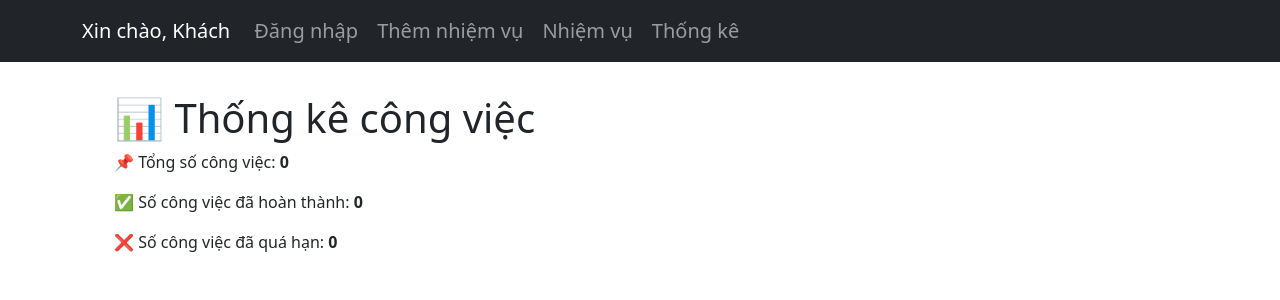
Repository: Lemon-ooo/PersonalTaskManager
Page: /tasks/statistics
An editor plug-in stored every save of this project. The page is shown before and after the next save, followed by the edit.
The browser window is 1280 px wide. The pictures show the whole page.
The project was rebuilt for these pictures with package versions that can differ from the ones it lists, and the page was loaded fresh each time. Also part of the build but not shown: vite.config.ts, src/page/TaskList.tsx, src/components/AuthForm.tsx, src/page/Login.tsx, src/components/TaskForm.tsx, src/page/TaskAdd.tsx, src/page/TaskEdit.tsx.

Above is the page before, as saved 2025-07-27 03:49:03.

### index.html
<!DOCTYPE html>
<html lang="en">
  <head>
    <meta charset="UTF-8" />
    <link rel="icon" type="image/svg+xml" href="/vite.svg" />
    <meta name="viewport" content="width=device-width, initial-scale=1.0" />
    <title>WEB209 REACT - HOADV</title>
    <link
      href="https://cdn.jsdelivr.net/npm/bootstrap@5.0.2/dist/css/bootstrap.min.css"
      rel="stylesheet"
      integrity="sha384-EVSTQN3/azprG1Anm3QDgpJLIm9Nao0Yz1ztcQTwFspd3yD65VohhpuuCOmLASjC"
      crossorigin="anonymous"
    />
  </head>
  <body>
    <div id="root"></div>
    <script type="module" src="/src/main.tsx"></script>
  </body>
</html>

### src/App.tsx
import { Toaster } from "react-hot-toast";
import { Link, useRoutes } from "react-router-dom";
import TaskList from "./page/TaskList";
import Login from "./page/Login";
import TaskAdd from "./page/TaskAdd";
import TaskEdit from "./page/TaskEdit";
import TaskStatistics from "./page/TaskStatistics";

function App() {
  const routes = useRoutes([
    { path: "/", element: <TaskList /> },
    { path: "login", element: <Login /> },
    { path: "tasks/list", element: <TaskList /> },
    { path: "tasks/add", element: <TaskAdd /> },
    { path: "tasks/edit/:id", element: <TaskEdit /> },
    { path: "tasks/statistics", element: <TaskStatistics /> },
  ]);
  return (
    <>
      <nav className="navbar navbar-dark bg-dark navbar-expand-lg">
        <div className="container">
          <span className="navbar-brand">
            {(() => {
              const stored = localStorage.getItem("user");
              const user = stored ? JSON.parse(stored) : null;
              return `Xin chào, ${user?.username || "Khách"}`;
            })()}
          </span>

          <div className="collapse navbar-collapse" id="navbarNav">
            <ul
              className="navbar-nav me-auto mb-2 mb-lg-0"
              style={{ gap: 3, fontSize: 20 }}
            >
              <li className="nav-item">
                <Link className="nav-link" to="/login">
                  Đăng nhập
                </Link>
              </li>
              <li className="nav-item">
                <Link className="nav-link" to="/tasks/add">
                  Thêm nhiệm vụ
                </Link>
              </li>
              <li className="nav-item">
                <Link className="nav-link" to="/tasks/list">
                  Nhiệm vụ
                </Link>
              </li>
              <li className="nav-item">
                <Link className="nav-link" to="tasks/statistics">
                  Thống kê
                </Link>
              </li>
            </ul>
          </div>
        </div>
      </nav>
      <div className="container">{routes}</div>
      <Toaster />
    </>
  );
}

export default App;

### src/page/TaskStatistics.tsx
import React, { useEffect, useState } from "react";
import { useTask } from "../hooks/useTask";
import dayjs from "dayjs";

export default function TaskStatistics() {
  const { tasks, handlegetAll } = useTask();
  const [doneCount, setDoneCount] = useState(0);
  const [overdueCount, setOverdueCount] = useState(0);
  const [totalCount, setTotalCount] = useState(0);

  useEffect(() => {
    handlegetAll();
  }, []);

  useEffect(() => {
    const now = dayjs();

    const done = tasks.filter((task) => task.status === "done").length;
    const overdue = tasks.filter(
      (task) =>
        task.status !== "done" && dayjs(task.dueDate).isBefore(now, "day")
    ).length;

    const total = tasks.length;

    setDoneCount(done);
    setTotalCount(total);
    setOverdueCount(overdue);
  }, [tasks]);

  return (
    <div style={{ padding: "2rem" }}>
      <h1>📊 Thống kê công việc</h1>
      <p>
        📌 Tổng số công việc: <strong>{totalCount}</strong>
      </p>
      <p>
        ✅ Số công việc đã hoàn thành: <strong>{doneCount}</strong>
      </p>
      <p>
        ❌ Số công việc đã quá hạn: <strong>{overdueCount}</strong>
      </p>
    </div>
  );
}

### src/hooks/useTask.ts
import { useState } from "react";
import {
  Task,
  getAll,
  addTask,
  editTask,
  deleteTask,
  getTaskById,
} from "../services/task";
import { useNavigate } from "react-router-dom";
import { useAuth } from "./useAuth";
import toast from "react-hot-toast";

export function useTask() {
  const [tasks, setTasks] = useState<Task[]>([]);
  const navigate = useNavigate();
  const { getCurrentUser } = useAuth();
  const currentUser = getCurrentUser();

  async function handlegetAll() {
    if (!currentUser) {
      toast.error("Không xác định được người dùng.");
      return;
    }
    try {
      const res = await getAll(currentUser.username);
      setTasks(res.data);
    } catch (err) {
      console.error(err);
      toast.error("Lỗi khi lấy danh sách task.");
    }
  }
  async function handleGetDetail(id: string): Promise<Task | null> {
    if (!currentUser) {
      toast.error("Không xác định người dùng.");
      return null;
    }

    try {
      const res = await getTaskById(id);
      const task = res.data;

      if (task.username !== currentUser.username) {
        toast.error("Bạn không có quyền xem task này.");
        navigate("/tasks/list");
        return null;
      }

      return task;
    } catch (err) {
      toast.error("Không tìm thấy task.");
      navigate("/tasks/list");
      return null;
    }
  }

  async function handleAdd(task: Task) {
    if (!currentUser) return;

    try {
      await addTask({ ...task, username: currentUser.username });
      toast.success("Thêm task thành công");
      navigate("/tasks/list");
    } catch (err) {
      toast.error("Lỗi khi thêm task.");
    }
  }

  async function handleEdit(task: Task, id: string) {
    try {
      const oldTask = await handleGetDetail(id);
      if (!oldTask) return;

      const updatedTask = { ...task, username: oldTask.username }; // giữ lại username gốc

      await editTask(updatedTask, id);
      toast.success("Sửa task thành công");
      navigate("/tasks/list");
    } catch (err) {
      toast.error("Lỗi khi sửa task.");
    }
  }

  async function handleDelete(id: string) {
    try {
      await deleteTask(id);
      toast.success("Xoá thành công");
      handlegetAll(); // cập nhật lại list
    } catch (err) {
      toast.error("Lỗi khi xoá task.");
    }
  }

  return {
    tasks,
    handlegetAll,
    handleAdd,
    handleEdit,
    handleDelete,
    handleGetDetail,
  };
}

### src/hooks/useAuth.ts
import { User } from "../services/auth";
import toast from "react-hot-toast";
import { useNavigate } from "react-router-dom";

export function useAuth() {
  const nav = useNavigate();

  function handleLogin(user: User) {
    localStorage.setItem("user", JSON.stringify(user));
    toast.success("Login successful");
    nav("/");
  }

  function handleLogout() {
    localStorage.removeItem("user");
    toast.success("Logged out");
    nav("/login");
  }

  function getCurrentUser(): User | null {
    const stored = localStorage.getItem("user");
    return stored ? JSON.parse(stored) : null;
  }

  return {
    handleLogin,
    handleLogout,
    getCurrentUser,
  };
}

### src/services/task.ts
import axios from "axios";

export type Task = {
  id?: string;
  title: string;
  description: string;
  dueDate: string;
  status: "todo" | "in-progress" | "done";
  username: string;
};

export function addTask(data: Task) {
  return axios.post("http://localhost:3000/tasks", data);
}
export function editTask(data: Task, id: string) {
  return axios.put("http://localhost:3000/tasks/" + id, data);
}
export function getAll(username: string) {
  return axios.get("http://localhost:3000/tasks?username=" + username);
}
export function getTaskById(id: string) {
  return axios.get("http://localhost:3000/tasks/" + id);
}
export function deleteTask(id: string) {
  return axios.delete("http://localhost:3000/tasks/" + id);
}

Loaded but not shown: src/main.tsx (common file); src/index.css (no stored copy; drawn as an empty file)

After the next save:
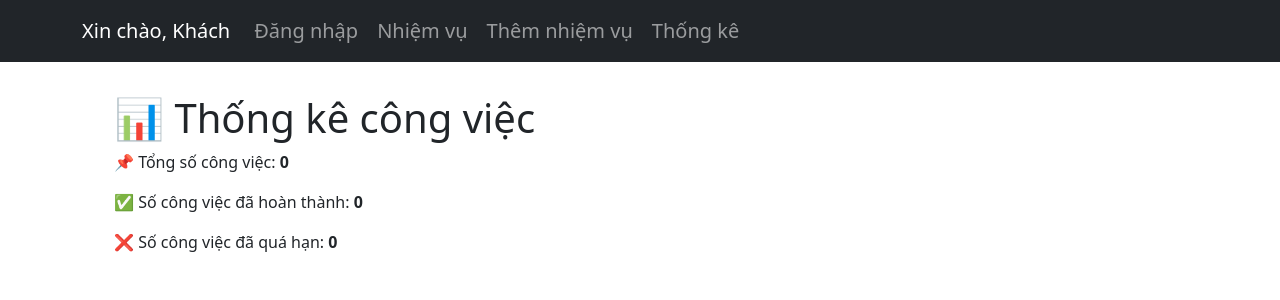
Saved 7 s later.
--- a/src/App.tsx
+++ b/src/App.tsx
@@ -38,15 +38,16 @@ function App() {
                 </Link>
               </li>
               <li className="nav-item">
+                <Link className="nav-link" to="/tasks/list">
+                  Nhiệm vụ
+                </Link>
+              </li>
+              <li className="nav-item">
                 <Link className="nav-link" to="/tasks/add">
                   Thêm nhiệm vụ
                 </Link>
               </li>
-              <li className="nav-item">
-                <Link className="nav-link" to="/tasks/list">
-                  Nhiệm vụ
-                </Link>
-              </li>
+
               <li className="nav-item">
                 <Link className="nav-link" to="tasks/statistics">
                   Thống kê
